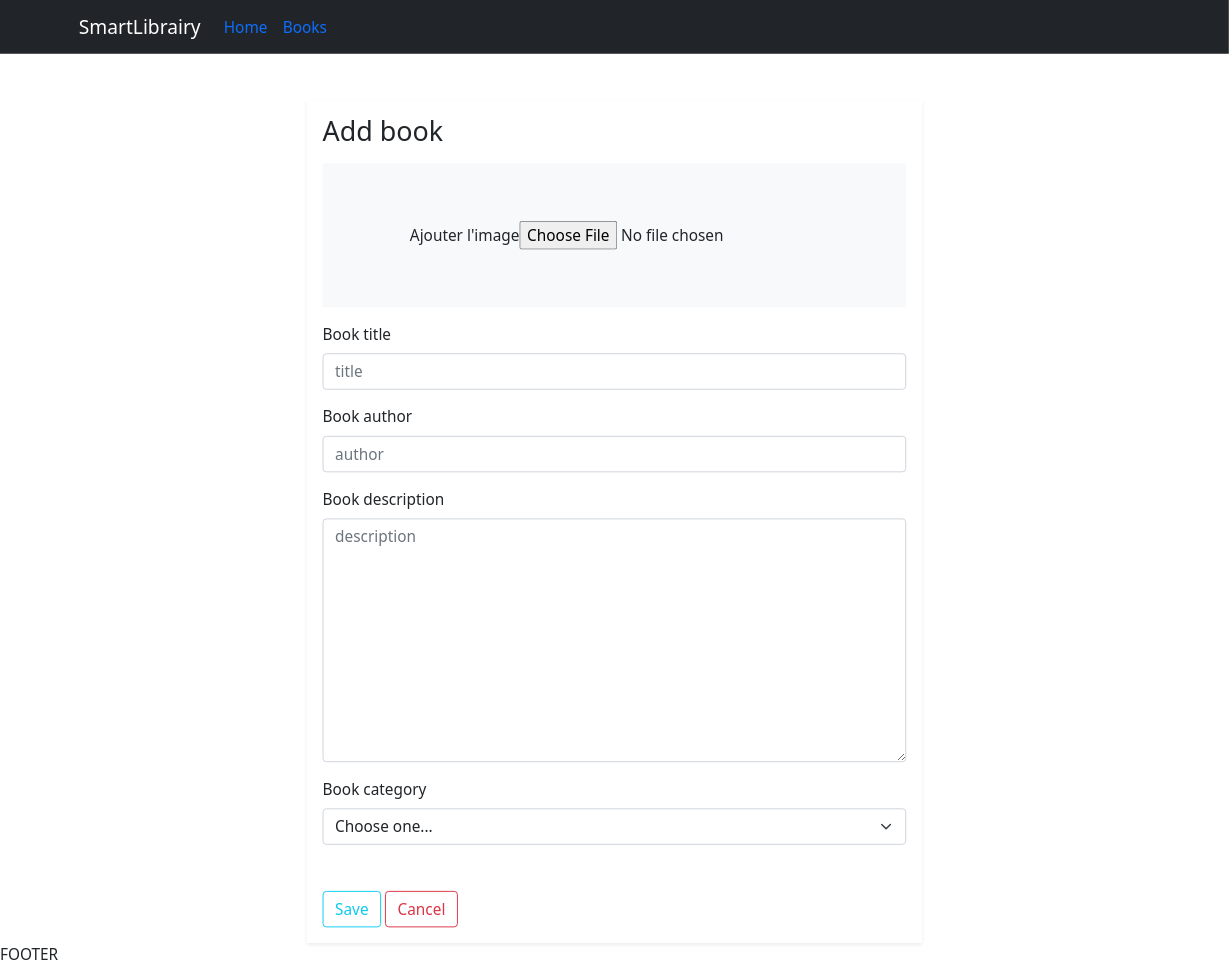
Repository: FS-23/smart-librairy
Page: http://localhost/books/create
These files come from the project's save history. The page is drawn as it stood at one moment and after the next save; the edit follows.
The browser window is 1280 px wide. The pictures show the whole page, at 96% of full size.
The page is served by the project's Laravel application, run on PHP 8.4 with Laravel 9. Other server files are loaded and not shown.

Above is the page before, as saved 2022-06-10 12:11:48.

### routes/web.php
<?php

use Illuminate\Support\Facades\Route;
use Illuminate\Http\Request;
use App\Http\Controllers\BookController;

/*
    |--------------------------------------------------------------------------
    | Web Routes
    |--------------------------------------------------------------------------
    |
    | Here is where you can register web routes for your application. These
    | routes are loaded by the RouteServiceProvider within a group which
    | contains the "web" middleware group. Now create something great!
    |
*/

Route::get('/', function () {
    return redirect('/books/list');
});
Route::get('/books/list' , [BookController::class , 'index']);
Route::get('/books/create',[BookController::class , 'create']);
Route::get('/books/update/{id}',[BookController::class , 'edit']);
Route::post('/books/store' , [BookController::class , 'store']);
Route::post('/books/update/{id}' , [BookController::class , 'update']);
Route::get('/books/detail/{id}' , [BookController::class, 'show']);
Route::get('/books/delete/{id}' , [BookController::class, 'destroy']);

Route::view('/file' , 'file');

Route::post('/file/store' , function(Request $request){
    //hasFile

    $file = $request -> file('myFile');

    // Storage::put('myfile.jpg', $file);
     $storeResult = $file->store('public/bookImages'); // file est le name de votre input dans file.blade.php
    // return $storeResult;

    $fileName = str_replace('public' , 'storage' , $storeResult);
     return  $fileName;
});

### app/Http/Controllers/BookController.php
<?php

namespace App\Http\Controllers;

use App\Models\Book;
use Illuminate\Http\Request;

class BookController extends Controller
{

    public function index()
    {
        return view('book.list', ['books' => Book::all()]);
    }

    public function create()
    {
        return view('book.create');
    }

    public function store(Request $request)
    {
        $data = $request -> all();
        $createdBook = Book::create($data);
        return redirect('/books/list');
    }


    public function show($id)
    {
        return  view('book.detail' , ["book" => Book::find($id)]);
    }


    public function edit($id)
    {
        return view('book.update' , ["book" => Book::find($id)]);
    }


    public function update(Request $request, $id)
    {
        $book = Book::find($id);
        $book ->update($request->all());

        return redirect('/books/list');
        //
    }

    public function destroy($id)
    {
        Book::destroy($id);
        return redirect('/books/list');
    }
}

### resources/views/book/create.blade.php
@extends('layout.layout')

@section('content')

   <div class="col-6 shadow-sm mt-5 p-3 m-auto">
    <form action="/books/store" method="post">
        @csrf
        <h3>Add book</h3>
        <div style="height: 150px" class="bg-light mt-3 d-flex justify-content-center align-items-center">
            Ajouter l'image
            <input type="file"  >
        </div>
        <div class="form-group mt-3">
            <label for="" class="form-label">Book title</label>
            <input required type="text" class="form-control" placeholder="title" name="title">
        </div>
        <div class="form-group mt-3">
            <label for="" class="form-label">Book author</label>
            <input  required type="text" class="form-control" placeholder="author"  name="author">
        </div>
        <div class="form-group mt-3">
            <label for="" class="form-label">Book description</label>
            <textarea  required type="text" class="form-control" rows="10" placeholder="description"  name="description"></textarea>
        </div>
        <div class="form-group mt-3">
            <label for="" class="form-label">Book category</label>
            <select  required  name="categorie" id="" class="form-select">
                <option value="">Choose one...</option>
                <option value="thriller">Thriller</option>
                <option value="romance">Romance</option>
                <option value="dramatic">Drama</option>
                <option value="dramatic">Personal developpment</option>
            </select>
        </div>

        <div class="mt-5">
           <button class="btn btn-outline-info">Save</button>
           <a href="/book/list" class="btn btn-outline-danger">Cancel</a>
        </div>
   </form>
   </div>
@endsection

### resources/views/layout/layout.blade.php
<!DOCTYPE html>
<html lang="en">
<head>
    <meta charset="UTF-8">
    <meta name="viewport" content="width=device-width, initial-scale=1.0">
    <meta http-equiv="X-UA-Compatible" content="ie=edge">
    <title>SMART LIBRAIRY</title>

    <link rel="stylesheet" href="https://cdn.jsdelivr.net/npm/bootstrap@5.1.3/dist/css/bootstrap.min.css">
</head>
<body>
    <header>
        <nav class="navbar navbar-expand-lg  bg-dark  text-white">
             <div class="container">
                  <div class="navbar-brand text-white">SmartLibrairy</div>

                  <button class="navbar-toggler" data-bs-toggle="collapse" href="#menu-container">
                     <span class="navbar-toggler-icon"></span>
                  </button>
                  <div class="collapse navbar-collapse" id="menu-container">
                    <ul class="navbar-nav">
                        <li class="nav-item">
                            <a href="/" class="nav-link">Home</a>
                        </li>
                        <li class="nav-item">
                             <a href="/books/list" class="nav-link">Books</a>
                        </li>
                    </ul>
                  </div>
             </div>

        </nav>
    </header>
    <section>
        @yield('content')
    </section>

    <section>
        @if($errors->count()>0)
            @foreach($errors->all() as $error)
                <h6 class="text-danger">{{ $error }}</h6>
            @endforeach
        @endif
    </section>
    <footer>
        FOOTER
    </footer>

    <script src="https://cdn.jsdelivr.net/npm/bootstrap@5.1.3/dist/js/bootstrap.bundle.min.js"></script>
</body>
</html>

Loaded but not shown: app/Http/Controllers/Controller.php (common file)

After the next save:
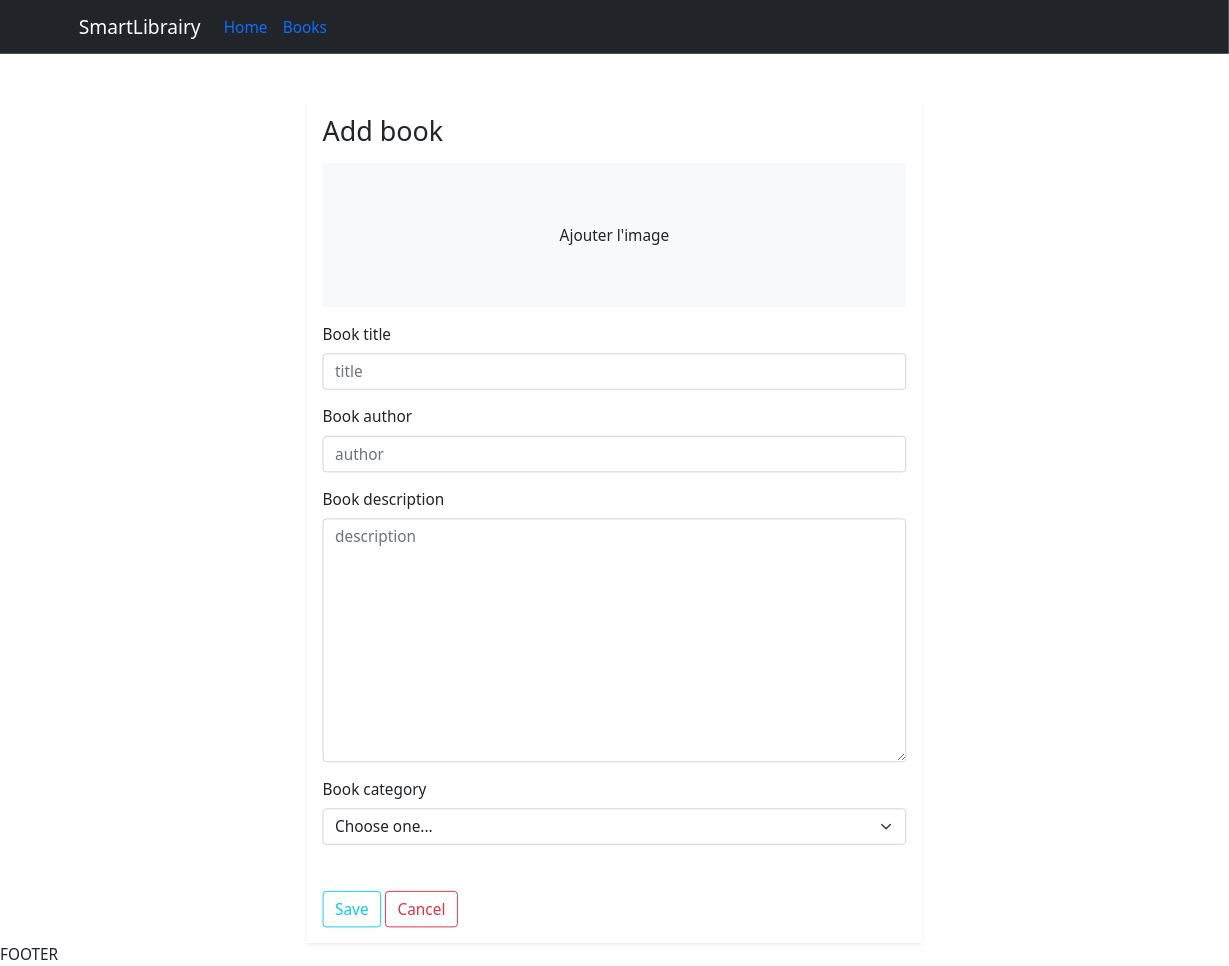
Saved 104 s later.
--- a/resources/views/book/create.blade.php
+++ b/resources/views/book/create.blade.php
@@ -8,7 +8,6 @@
         <h3>Add book</h3>
         <div style="height: 150px" class="bg-light mt-3 d-flex justify-content-center align-items-center">
             Ajouter l'image
-            <input type="file"  >
         </div>
         <div class="form-group mt-3">
             <label for="" class="form-label">Book title</label>

After the save that followed:
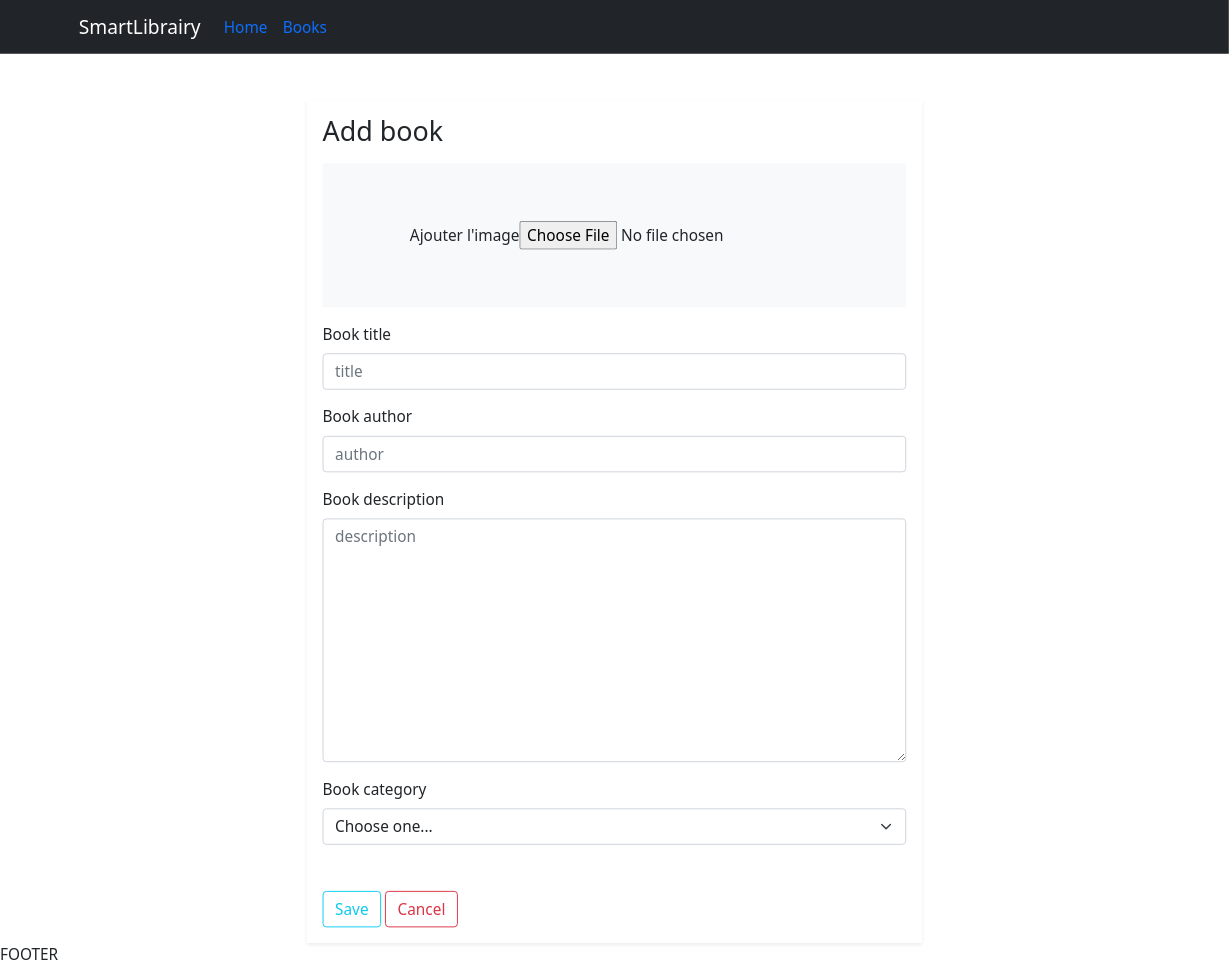
Saved 8 s later.
--- a/resources/views/book/create.blade.php
+++ b/resources/views/book/create.blade.php
@@ -8,6 +8,7 @@
         <h3>Add book</h3>
         <div style="height: 150px" class="bg-light mt-3 d-flex justify-content-center align-items-center">
             Ajouter l'image
+            <input type="file"  name="bookImage" required>
         </div>
         <div class="form-group mt-3">
             <label for="" class="form-label">Book title</label>
